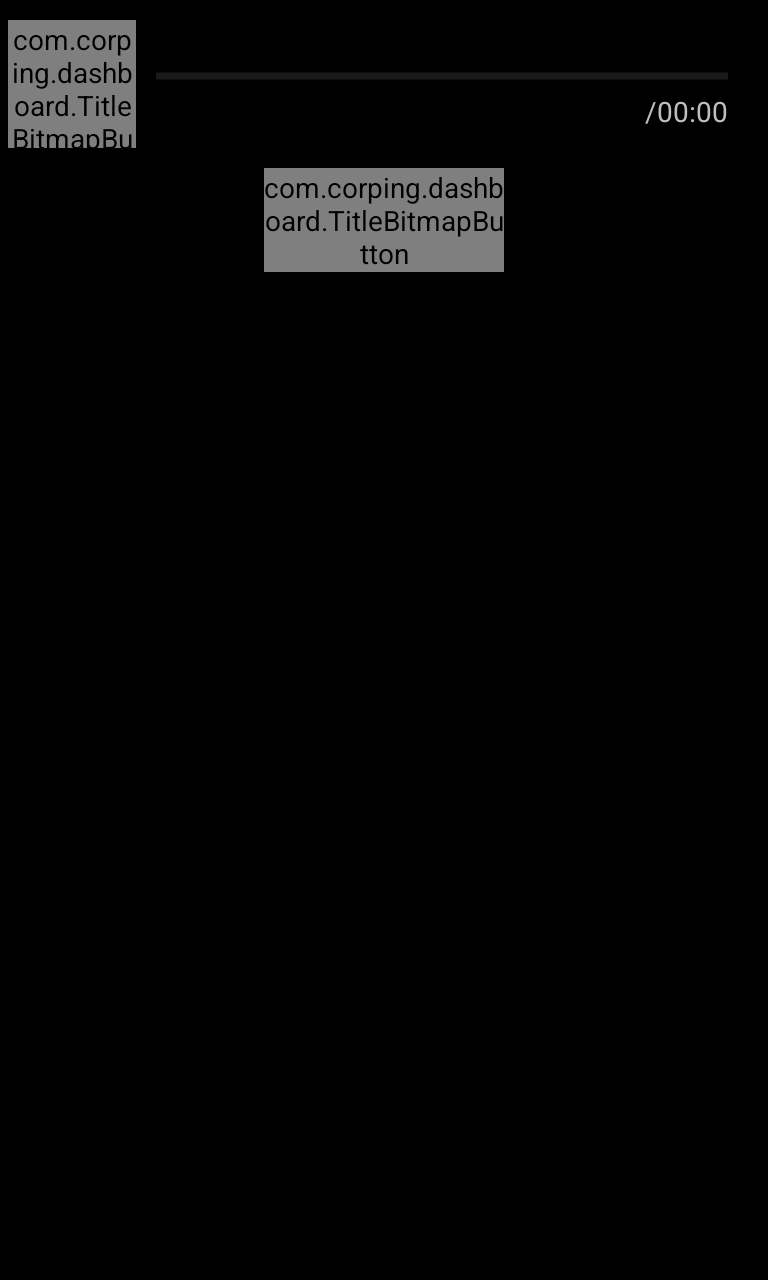
Repository: Minsu-Daniel-Kim/tipinboard1.0
Layout: TipinBoard1.0/res/layout/voice_playing_activity.xml
These files come from the project's save history. The layout is drawn as it stood at one moment and after the next save; the edit follows.
Pictures or frames that could not be fetched are drawn as grey boxes. It is drawn on a 768 x 1280 px phone screen (xhdpi) without system bars, with theme android:Theme.Holo; the app's code is not run.

Above is the layout before, as saved 2013-04-15 14:52:19.

After the next save:
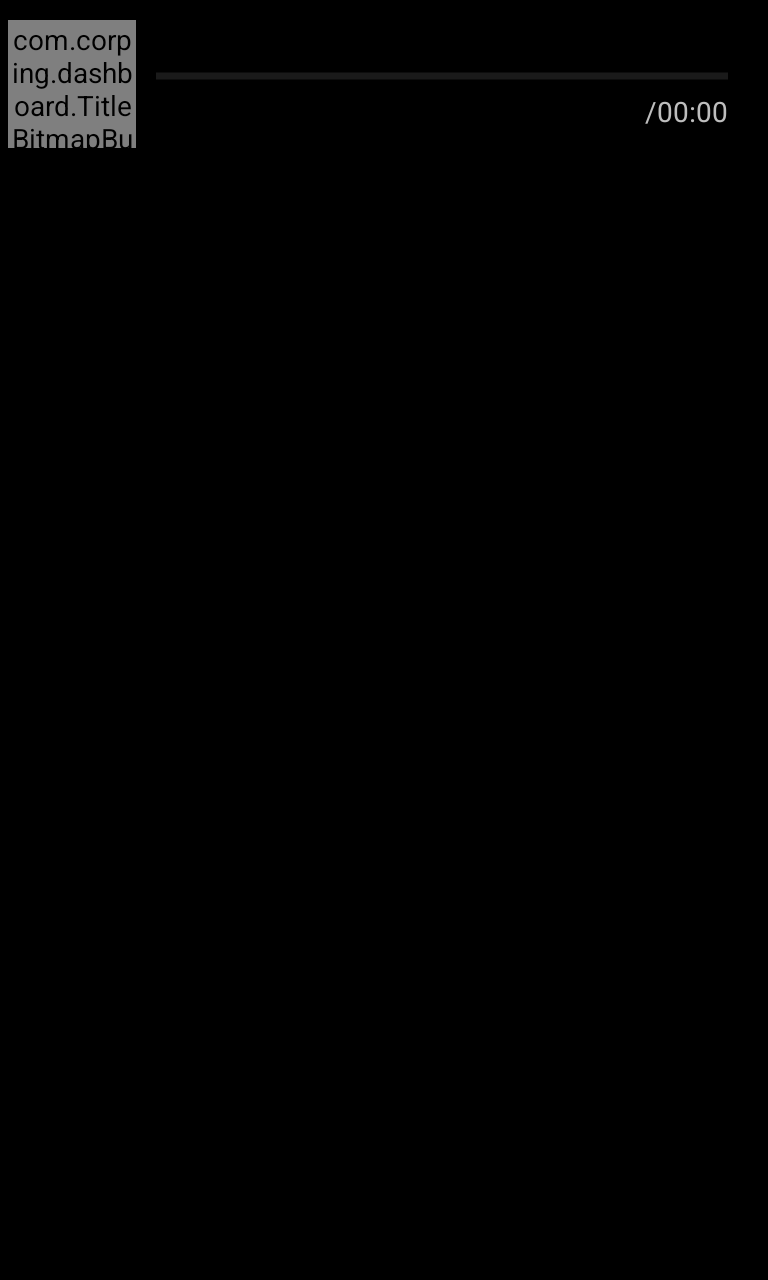
Saved 99 s later.
--- a/TipinBoard1.0/res/layout/voice_playing_activity.xml
+++ b/TipinBoard1.0/res/layout/voice_playing_activity.xml
@@ -61,11 +61,11 @@
 		android:layout_width="fill_parent"
 		android:layout_height="wrap_content"
 		>
-		<com.corping.dashboard.TitleBitmapButton
-			android:id="@+id/playing_closeBtn"
-			android:layout_width="120dp"
-			android:layout_height="wrap_content"
-			android:layout_centerInParent="true"
-			/>
+<!-- 		<com.corping.dashboard.TitleBitmapButton -->
+<!-- 			android:id="@+id/playing_closeBtn" -->
+<!-- 			android:layout_width="120dp" -->
+<!-- 			android:layout_height="wrap_content" -->
+<!-- 			android:layout_centerInParent="true" -->
+<!-- 			/> -->
 	</RelativeLayout>
 </LinearLayout>
